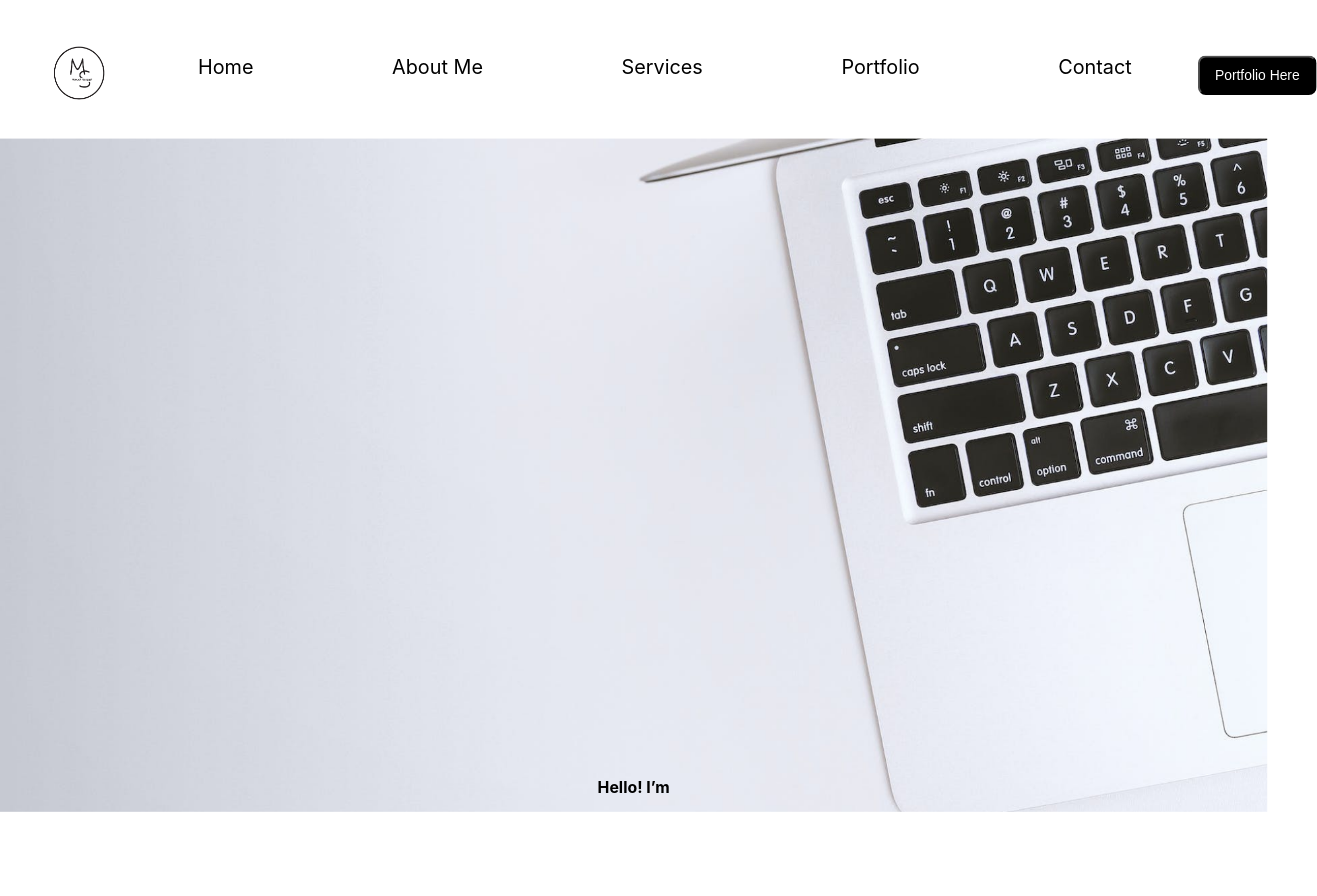
Repository: MEROO1010/Portfolio-2
Page: /
The author's editor kept a copy of each file at every save. The page is drawn from the files as they stood at one save, then again after a run of saves.
The browser window is 1280 px wide. The page is 1330 px wide, so the pictures cover 1330 px, including what lies to the right of the window. The pictures show the whole page, at 99% of full size.
The project was rebuilt for these pictures with package versions that can differ from the ones it lists, and the page was loaded fresh each time.

Above is the page before, as saved 2023-12-16 12:36:45.

After the next 2 saves:
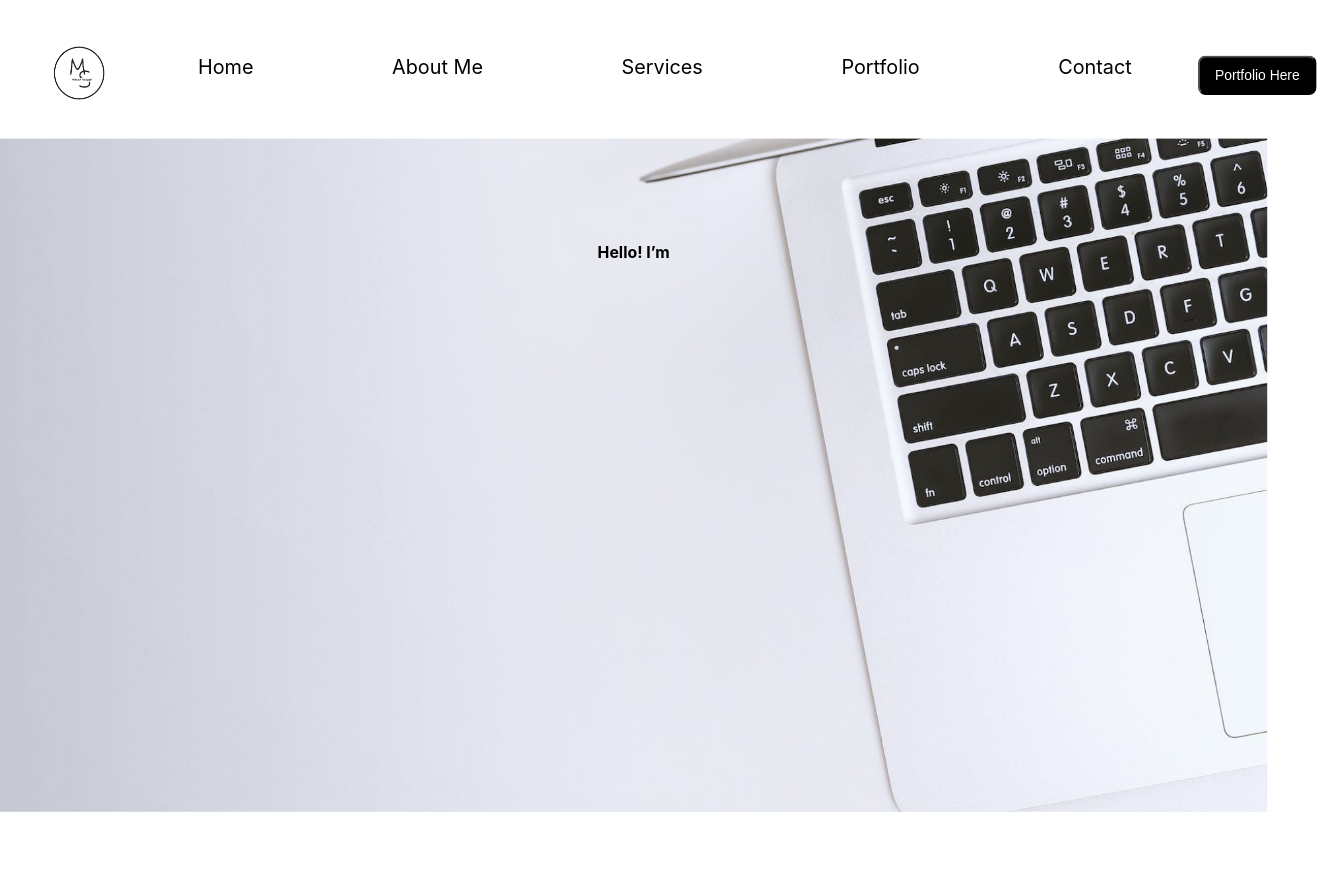
The 2 saves are shown as one change because they came seconds apart.
The last was saved 6 s later.
--- a/src/components/Home.js
+++ b/src/components/Home.js
@@ -32,8 +32,7 @@ const BackgroundImage = styled.div `
 
  h4{
   position:relative;
-  bottom:60px;
-  margin-bottom:40px;
+  bottom:600px;
  }
 `
 
